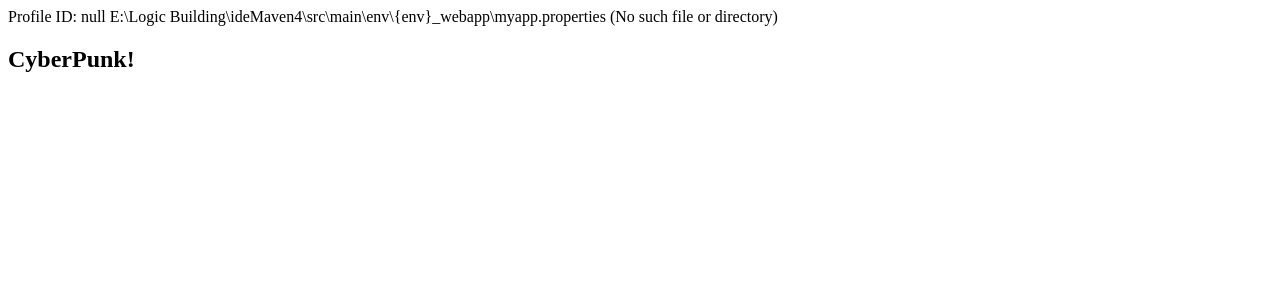
Repository: jaiswalshivam124/first-repo
Page: http://localhost/ideMaven4/
These files come from the project's save history. The page is drawn as it stood at one moment and after the next save; the edit follows.
The browser window is 1280 px wide. The pictures show the whole page.
The page is served by Tomcat 9.

Above is the page before, as saved 2020-08-23 06:47:16.

After the next save:
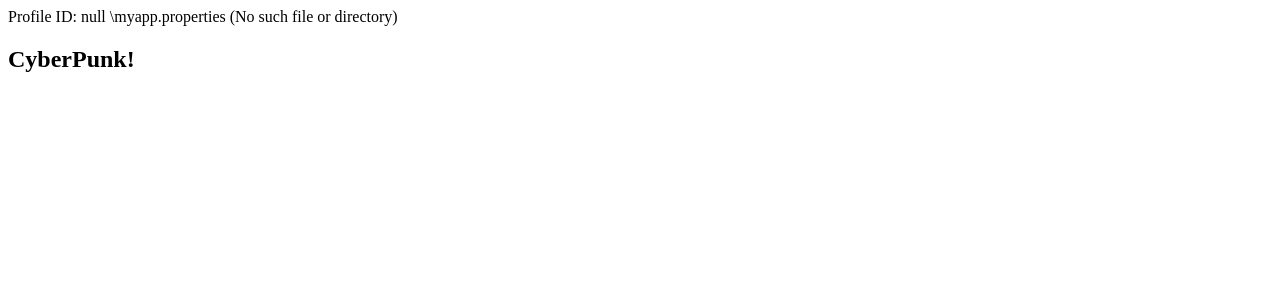
Saved 13 min 28 s later.
--- a/Logic Building/ideMaven4/src/main/webapp/index.jsp
+++ b/Logic Building/ideMaven4/src/main/webapp/index.jsp
@@ -7,7 +7,7 @@
 try
 {
 	out.println("Profile ID:  " + System.getProperty("profileId"));
-	String path = "E:\\Logic Building\\ideMaven4\\src\\main\\env\\{env}_webapp\\myapp.properties";
+	String path = "\\myapp.properties";
 	System.out.println(System.getProperty("user.dir"));
     FileInputStream fis = new FileInputStream(path);
     Properties p = new Properties();
